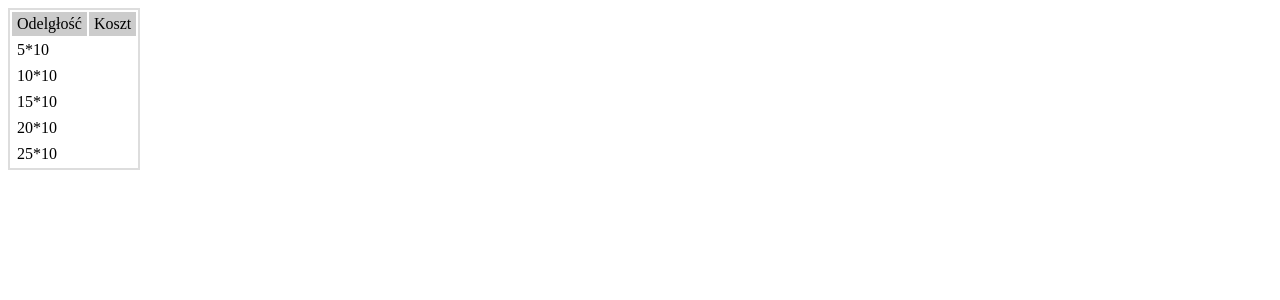
Repository: gabr/workspace
Page: http://localhost/
These files come from the project's save history. The page is drawn as it stood at one moment and after the next save; the edit follows.
The browser window is 1280 px wide. The pictures show the whole page.
The page is run by PHP 8.4 with error messages shown; the project is at /var/www/html/.

Above is the page before, as saved 2013-02-25 16:38:33.

After the next save:
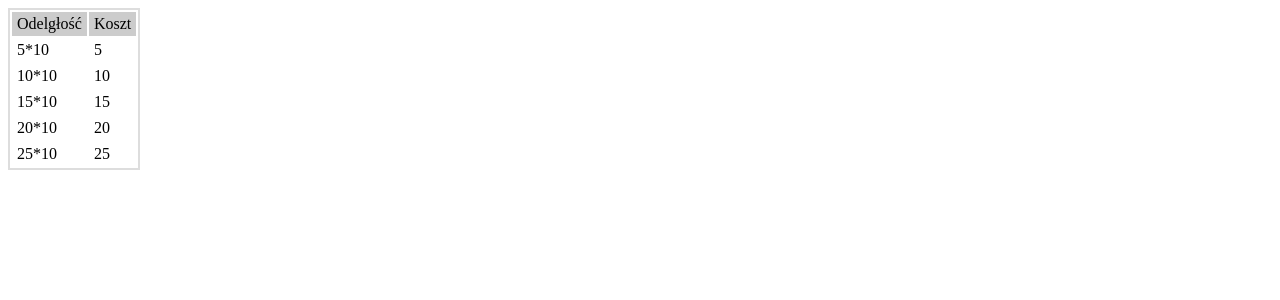
Saved 12 s later.
--- a/php 003 - petle/index.php
+++ b/php 003 - petle/index.php
@@ -16,6 +16,7 @@
     for($i=5; $i <= 25; $i+=5) {
 		echo "<tr>\n";
 		echo "\t<td>$i*10</td>\n";
+		echo "\t<td>$i</td>\n";
 		echo "</tr>\n";
 	};
 
